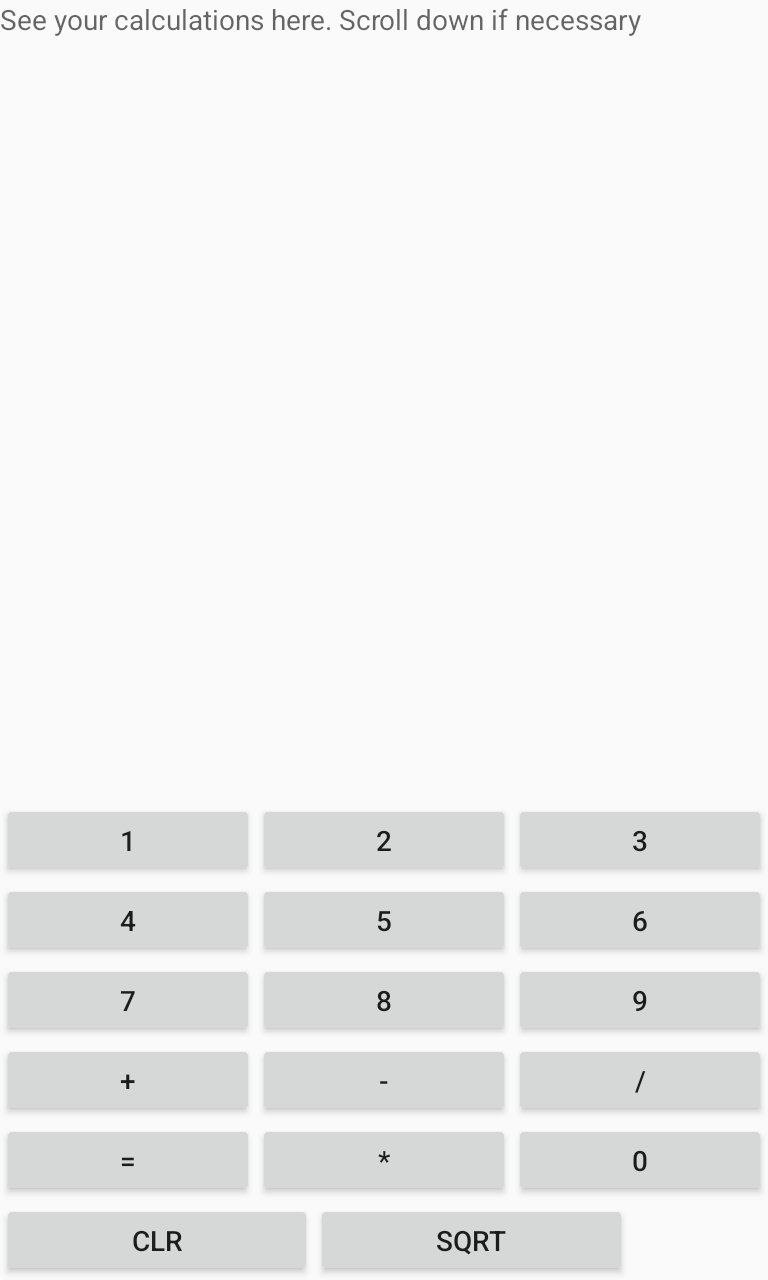
Repository: apoorvelec/AndroidApps
Layout: Calculator1pt1/res/layout/activity_main.xml
These files come from the project's save history. The layout is drawn as it stood at one moment and after the next save; the edit follows.
It is drawn on a 768 x 1280 px phone screen (xhdpi) without system bars, with theme AppTheme; the app's code is not run.

Above is the layout before, as saved 2016-05-22 18:25:21.

After the next save:
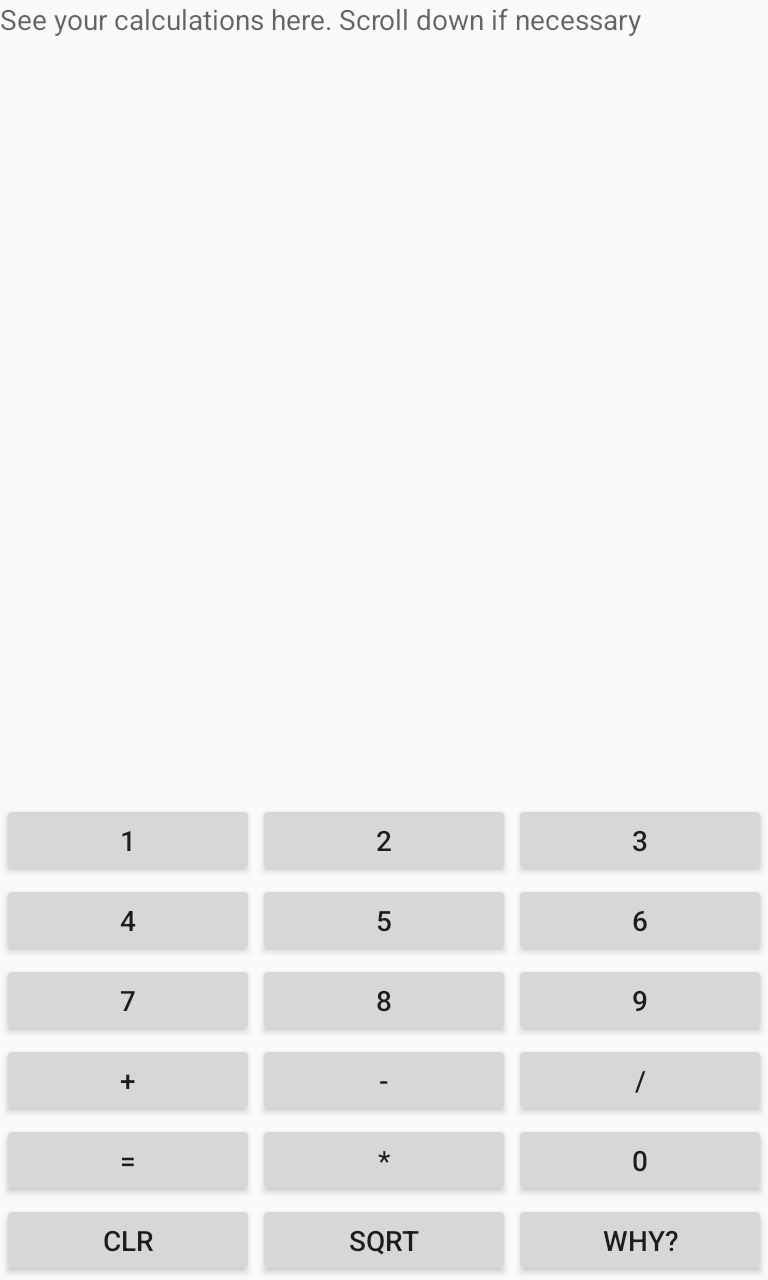
Saved 13 min 35 s later.
--- a/Calculator1pt1/res/layout/activity_main.xml
+++ b/Calculator1pt1/res/layout/activity_main.xml
@@ -148,5 +148,11 @@
            android:text="SQRT"
            android:layout_weight="1"
            android:onClick="buttonClick"/>
+       <Button android:id="@+id/button18"
+           android:layout_width="wrap_content"
+           android:layout_height="wrap_content"
+           android:text="WHY?"
+           android:layout_weight="1"
+           android:onClick="buttonClick"/>
    </LinearLayout>
 </LinearLayout>
